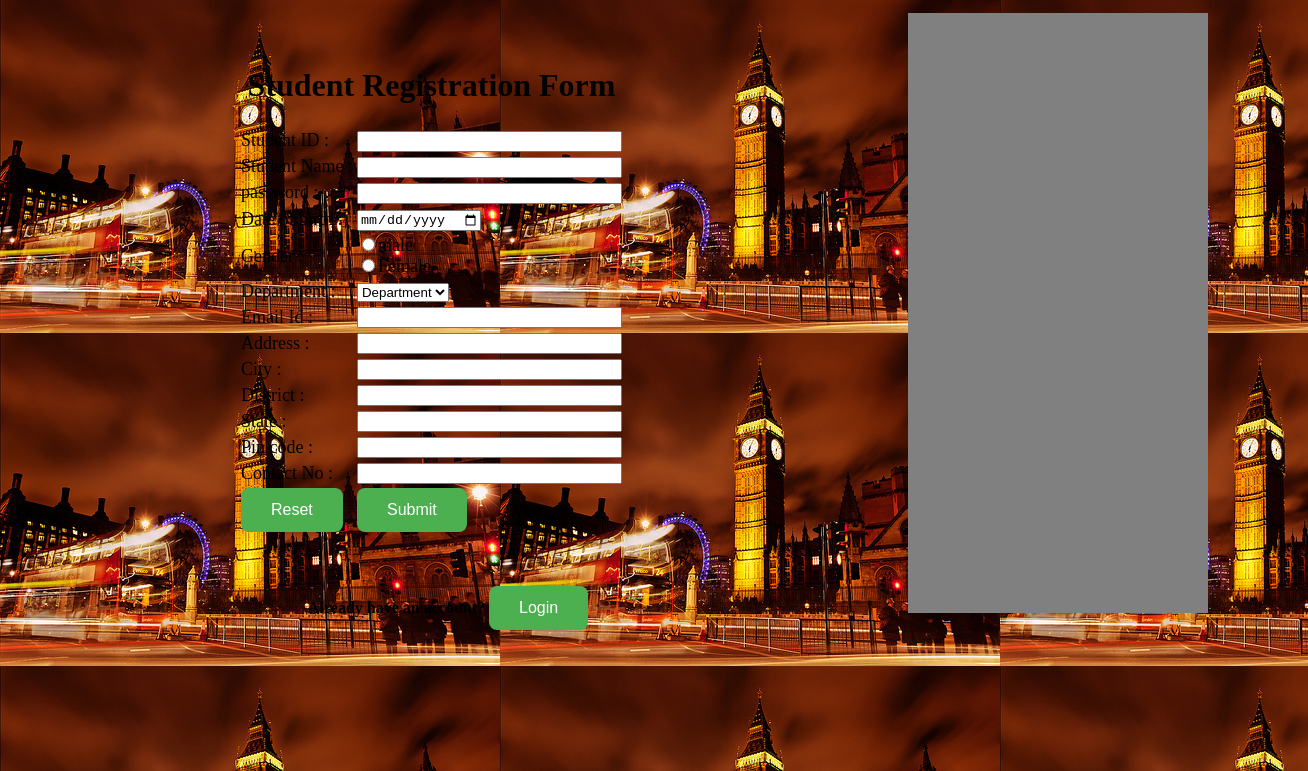
Repository: srikanthModugu/jdbc-servlet-jsp
Page: SutudentRegistration/WebContent/Registration.html
An editor plug-in stored every save of this project. The page is shown before and after the next save, followed by the edit.
The browser window is 1280 px wide. The page is 1308 px wide, so the pictures cover 1308 px, including what lies to the right of the window. The pictures show the whole page.

Above is the page before, as saved 2017-10-02 14:40:56.
Console error: SyntaxError: Unexpected end of input

After the next save:
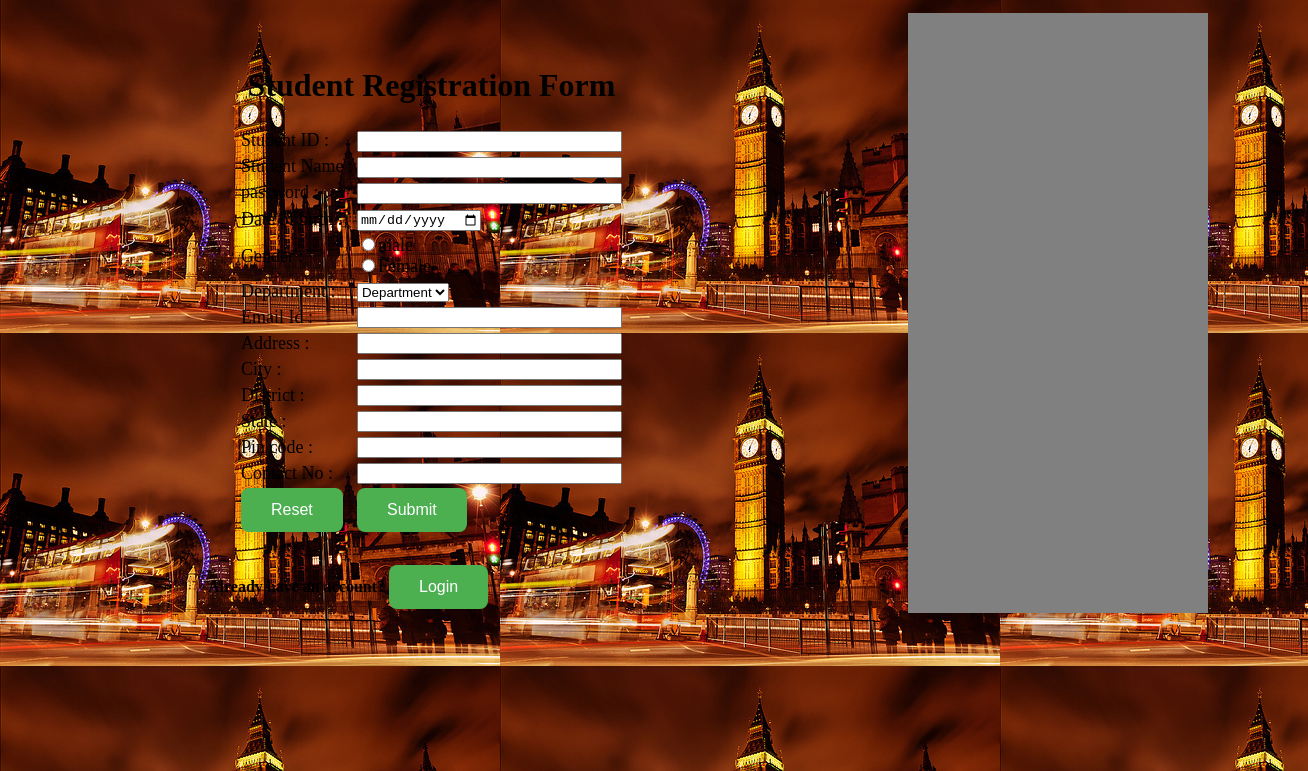
Saved 34 s later.
--- a/SutudentRegistration/WebContent/Registration.html
+++ b/SutudentRegistration/WebContent/Registration.html
@@ -162,13 +162,12 @@ function validateform(){
 						</tr>
 					</table>
 
-					<div
-						style="height: 25px; width: 400px;  color: black; float: left; margin-left: 100px">
+
 						<h4>
 							Already have an account?
 							<button type="submit" formaction="LoginPage.html">Login</button>
 						</h4>
-					</div>
+
 				</form>
 
 
